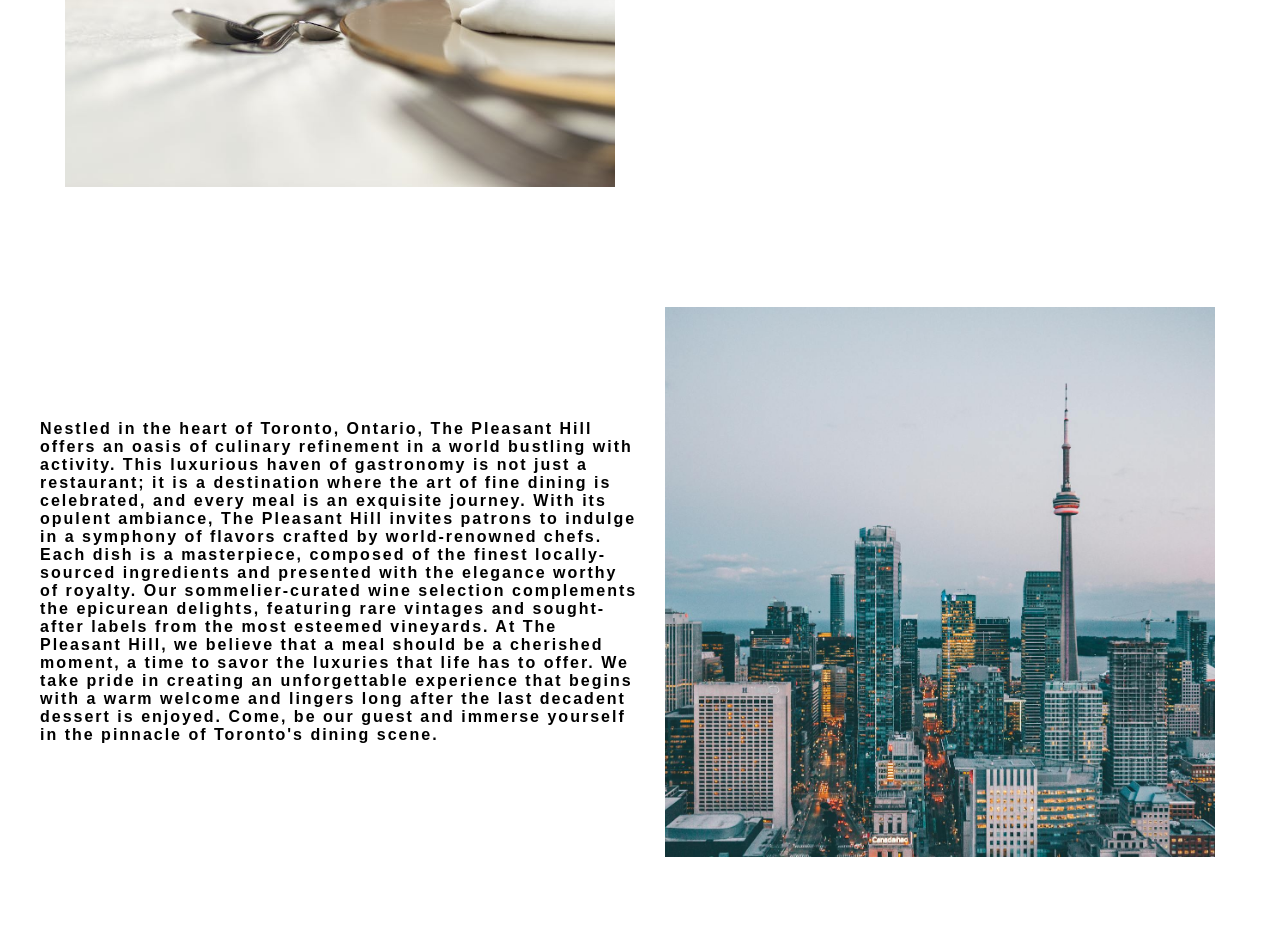
Repository: shayanabedi98/pleasant-hill-restaurant
Page: /
The author's editor kept a copy of each file at every save. The page is drawn from the files as they stood at one save, then again after the next save.
The browser window is 1280 px wide. The pictures show the part of the page from y = 1438 to 2390 px (the page is 2390 px tall).
Backgrounds fixed to the window are drawn as part of the page. Some web fonts or font styles are not loaded; a fallback is used. The project was rebuilt for these pictures with package versions that can differ from the ones it lists, and the page was loaded fresh each time. Also part of the build but not shown: vite.config.js, src/components/Contact.jsx, src/components/MenuList.jsx, src/components/Appetizers.jsx, src/components/Entrees.jsx, src/components/Desserts.jsx, src/components/Drinks.jsx, src/components/Menu.jsx and 1 more.

Above is the page before, as saved 2023-12-27 18:59:56.

### index.html
<!doctype html>
<html lang="en">
  <head>
    <meta charset="UTF-8" />
    <link rel="icon" type="image/svg+xml" href="/vite.svg" />
    <meta name="viewport" content="width=device-width, initial-scale=1.0" />
    <link rel="preconnect" href="https://fonts.googleapis.com">
    <link rel="preconnect" href="https://fonts.gstatic.com" crossorigin>
    <link href="https://fonts.googleapis.com/css2?family=Italiana&display=swap" rel="stylesheet">
    <title></title>
  </head>
  <body>
    <div id="root"></div>
    <script type="module" src="/src/main.jsx"></script>
  </body>
</html>

### src/App.jsx
import { useState } from "react";
import Contact from "./components/Contact";
import Home from "./components/Home";
import Menu from "./components/Menu";
import Navbar from "./components/Navbar";
import "./App.css";

function App() {
  const [activeDiv, setActiveDiv] = useState({
    home: true,
    menu: false,
    contact: false,
  });

  const renderDiv = (clickedItem) => {
    setActiveDiv({
      home: clickedItem === 'home',
      menu: clickedItem === 'menu',
      contact: clickedItem === 'contact'
    })
  }

  return (
    <>
      <Navbar onClick={renderDiv} />
      {activeDiv.home && <Home />}
      {activeDiv.menu && <Menu />}
      {activeDiv.contact && <Contact />}
    </>
  );
}

export default App;

### src/components/Home.jsx
import React from 'react'
import aboutImg from '../assets/about.jpg'
import toronto from '../assets/toronto.jpg'
import '../assets/banner.jpg'

const Home = () => {
  return (
    <div className='home'>
      <div className='banner-content'>
        <h1>Dine in luxury at The Pleasant Hill</h1>
        <div className='banner-buttons'>
          <button>View Menu</button>
          <button>Book Reservation</button>
        </div>
      </div>
      <div className="about">
        <div className='about1'>
          <img src={aboutImg} alt="zoomed in picture of a dining table with utensils" />
          <h2>Indulge in the Epitome of Gastronomic Luxury at The Pleasant Hill, Toronto's premier dining establishment where every dish promises an adventure for the senses. Experience the pinnacle of culinary artistry in the heart of Ontario.</h2>
        </div>

        <div className="about2">
          <p>Nestled in the heart of Toronto, Ontario, The Pleasant Hill offers an oasis of culinary refinement in a world bustling with activity. This luxurious haven of gastronomy is not just a restaurant; it is a destination where the art of fine dining is celebrated, and every meal is an exquisite journey. With its opulent ambiance, The Pleasant Hill invites patrons to indulge in a symphony of flavors crafted by world-renowned chefs. Each dish is a masterpiece, composed of the finest locally-sourced ingredients and presented with the elegance worthy of royalty. Our sommelier-curated wine selection complements the epicurean delights, featuring rare vintages and sought-after labels from the most esteemed vineyards. At The Pleasant Hill, we believe that a meal should be a cherished moment, a time to savor the luxuries that life has to offer. We take pride in creating an unforgettable experience that begins with a warm welcome and lingers long after the last decadent dessert is enjoyed. Come, be our guest and immerse yourself in the pinnacle of Toronto's dining scene.</p>
          <img src={toronto} alt="Toronto skyline" />
        </div>
      </div>
    </div>
  )
}

export default Home

### src/components/Navbar.jsx
import React from "react";
import logo from "../assets/logo2.png";

const Navbar = ({ onClick }) => {
  return (
    <div className="navbar">
      <img src={logo} alt="" />
      <ul>
        <li onClick={() => onClick("home")}>Home</li>
        <li onClick={() => onClick("menu")}>Menu</li>
        <li onClick={() => onClick("contact")}>Contact</li>
      </ul>
    </div>
  );
};

export default Navbar;

### src/App.css


* {
  font-family: 'Italiana', sans-serif;
  font-weight: 600;
  letter-spacing: 2px;
}

body {
  padding: 0px;
  margin: 0px;
}

.contact, .menu {
  margin-top: 180px;
}

.navbar {
  background-color: black;
  display: grid;
  grid-template-columns: 1fr 1fr;
  place-items: center;
  align-content: center;
  height: 120px;
  box-shadow: rgba(0, 0, 0, 0.24) 0px 3px 8px;
  z-index: 2;
  position: fixed;
  width: 100%;
  top: 0;
}

.navbar ul li {
  list-style: none;
  font-size: 24px;
  text-align: center;
  color: rgb(245, 245, 232);
  background-color: black;
}

.navbar ul {
  display: grid;
  width: 70%;
  grid-template-columns: 1fr 1fr 1fr;
  padding: 0px;
  margin: 0px;

}

.navbar ul li:hover {
  cursor: pointer;
  background-color: #aa9c66;
}

.banner-content {
  background: url('./assets/banner.jpg');
  background-attachment: fixed;
  height: 980px;
  display: grid;
  place-items: center;
}

.banner-content h1 {
  position: relative;
  top: 200px;
  font-size: 70px;
  color: #ffffff;
}

.banner-buttons {
  position: relative;
  top: -150px;
  display: grid;
  grid-template-columns: 1fr 1fr;
  gap: 50px;
}

.banner-buttons button {
  width: 170px;
  height: 70px;
  font-size: 20px;
  border: none;
  background-color: #aa9c66;
  color: #ffffff;
  cursor: pointer;
  box-shadow: rgba(50, 50, 93, 0.25) 0px 13px 27px -5px, rgba(0, 0, 0, 0.3) 0px 8px 16px -8px;
}

.about1, .about2 {
  display: grid;
  grid-template-columns: 1fr 1fr;
  place-items: center;
  width: 1200px;
  margin: 70px auto;
  padding: 25px;
}

.about img {
  height: 550px;
  width: 550px;
  object-fit: cover;
}

.card-container {
  display: grid;
  gap: 20px;
  grid-template-columns: repeat(3, 1fr);
  place-items: center;
  color: #aa9c66;
  width: 1200px;
  margin: auto;
}

.menu-imgs {
  width: 300px;
  margin: 30px 30px 30px 30px;
  border-radius: 5%;
}

.menu-desc {
  text-align: center;
  font-weight: 600;
  padding-left: 20px;
  padding-right: 20px
}

.menu-names {
  font-size: 25px;
  text-decoration: underline;
  color: rgb(158, 152, 96);
}

.card {
  width: 370px;
  min-height: 400px;
  cursor: pointer;
  box-shadow: 0 13px 27px -5px hsla(240, 30.1%, 28%, 0.25), 0 8px 16px -8px hsla(0, 0%, 0%, 0.3), 0 -6px 16px -6px hsla(0, 0%, 0%, 0.03);
  transition: all ease 200ms;
  display: grid;
  place-items: center;
  grid-template-rows: 1fr 0.3fr 0.3fr;
  background-color: black;
  border-radius: 1rem;
  overflow: hidden;

}

.card:hover {
  cursor: pointer;
  transform: scale(1.03);
  box-shadow: 0 13px 40px -5px hsla(240, 30.1%, 28%, 0.12), 0 8px 32px -8px hsla(0, 0%, 0%, 0.14), 0 -6px 32px -6px hsla(0, 0%, 0%, 0.02);
}


.menu-desc, .menu-names {
  background-color: black;
}

.menu h2 {
  text-align: center;
  font-size: 35px;
  margin: 60px 0 60px 0;

}

.menu h1 {
  text-align: center;
  font-size: 40px;

}

.menu-top-p {
  text-align: center;
  font-size: 23px;
  width: 1200px;
  margin: 70px auto;
}


.contact h1 {
  text-align: center;
  width: 1200px;
  font-size: 45px;
  margin: 70px auto;
  text-decoration: underline;

}

.contact h2 {
  text-align: center;
  margin: 1px auto;
  width: 1200px;
}

.contact h3 {
  text-align: center;
  margin: 40px auto;
}

.iframe-div {
  margin: 50px auto;
  display: flex;
  justify-content: center;
  align-items: center;
}

Loaded but not shown: src/main.jsx (common file)

After the next save:
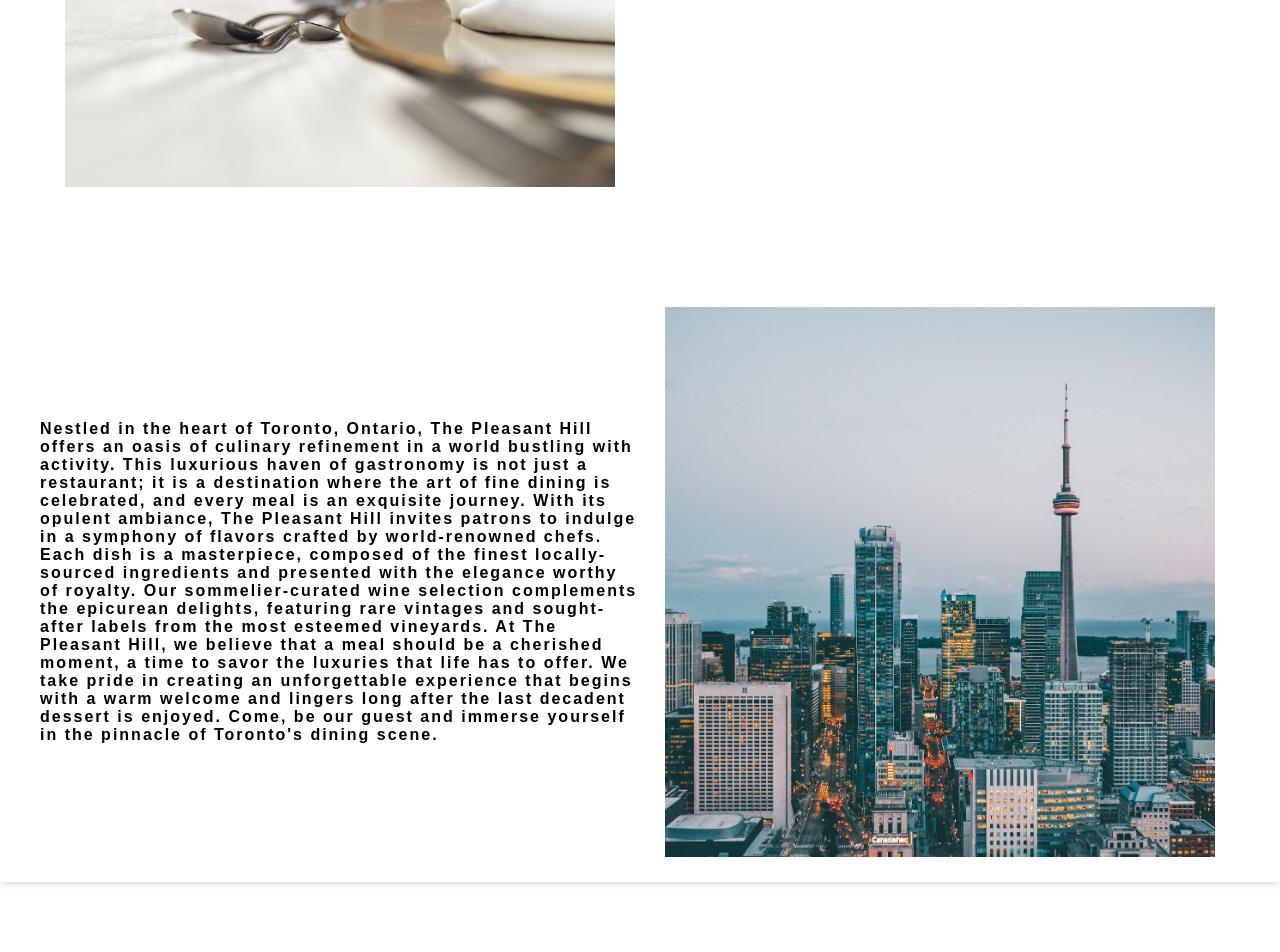
Saved 52 s later.
--- a/src/App.css
+++ b/src/App.css
@@ -85,6 +85,10 @@ body {
   box-shadow: rgba(50, 50, 93, 0.25) 0px 13px 27px -5px, rgba(0, 0, 0, 0.3) 0px 8px 16px -8px;
 }
 
+.about {
+  box-shadow: rgba(0, 0, 0, 0.1) 0px 4px 6px -1px, rgba(0, 0, 0, 0.06) 0px 2px 4px -1px;
+}
+
 .about1, .about2 {
   display: grid;
   grid-template-columns: 1fr 1fr;
